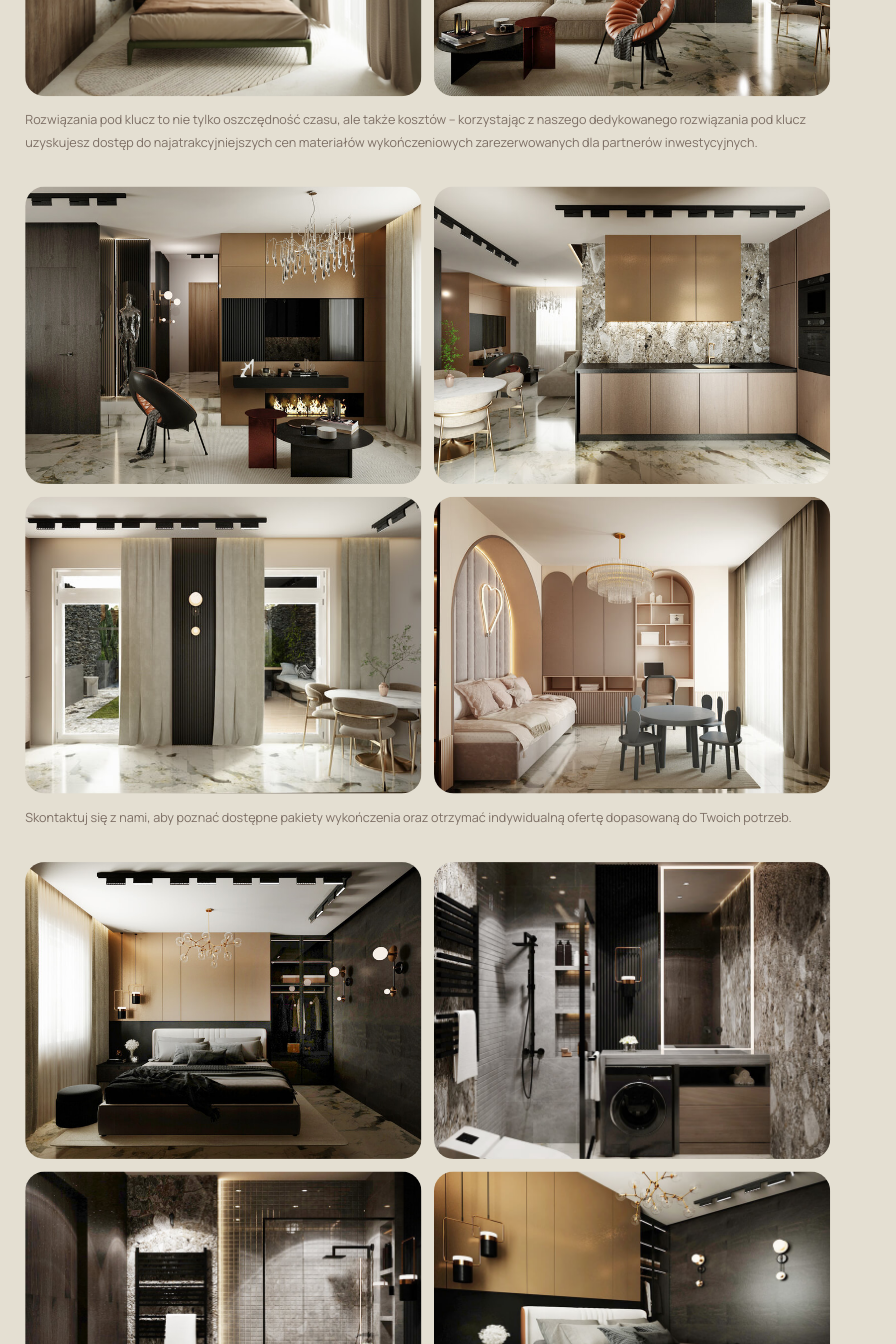
Repository: Adekbws/ogniskoKrynica.github.io
Page: kp5/pod-klucz/index.html
An editor plug-in stored every save of this project. The page is shown before and after the next save, followed by the edit.
The browser window is 1280 px wide. The pictures show the part of the page from y = 1762 to 3682 px (the page is 4546 px tall), at 70% of full size.

Above is the page before, as saved 2026-06-23 17:33:40.

After the next save:
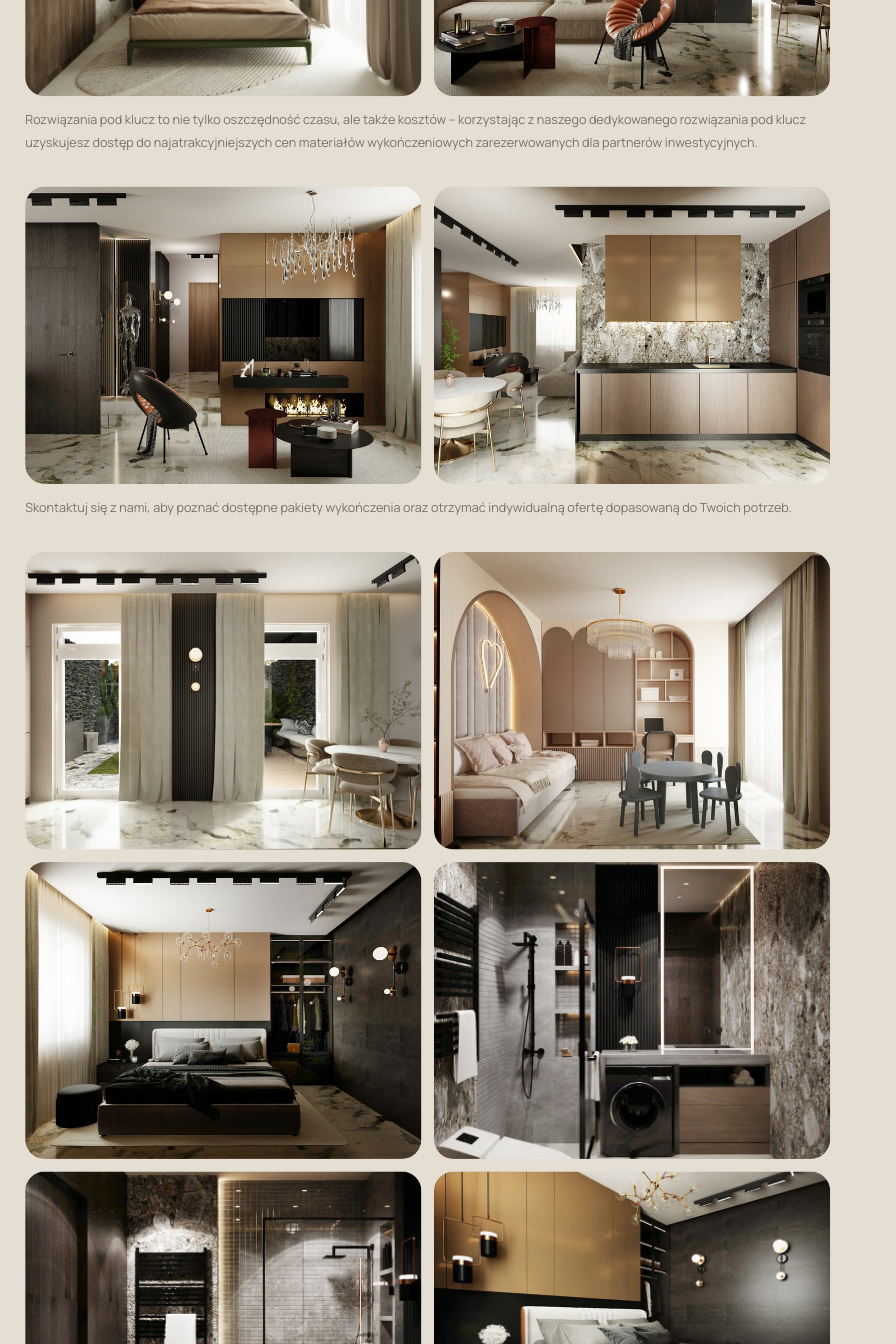
Saved 12 min 25 s later.
--- a/kp5/pod-klucz/index.html
+++ b/kp5/pod-klucz/index.html
@@ -38,7 +38,9 @@
         ><a href="../index.html#lokalizacja">Lokalizacja</a
         ><a href="../index.html#wybor">Wybór apartamentu</a
         ><a href="../index.html#kontakt">Kontakt</a>
-        <a class="nav-cta nav-cta--menu" href="../index.html#kontakt">Zadzwoń</a>
+        <a class="nav-cta nav-cta--menu" href="../index.html#kontakt"
+          >Zadzwoń</a
+        >
       </nav>
 
       <div class="lang-switch" aria-label="Wybór języka">
@@ -46,7 +48,9 @@
         <a href="#" aria-label="English" title="English">🇬🇧</a>
         <a href="#" aria-label="Slovenčina" title="Slovenčina">🇸🇰</a>
       </div>
-      <a class="nav-cta nav-cta--desktop" href="../index.html#kontakt">Zadzwoń</a>
+      <a class="nav-cta nav-cta--desktop" href="../index.html#kontakt"
+        >Zadzwoń</a
+      >
     </header>
     <div class="nav-backdrop" hidden></div>
 
@@ -63,17 +67,29 @@
               zaraz po zakończeniu prac.
             </p>
             <div class="finish-gallery">
-              <img src="../assets/lokale/M1_2b.jpg" alt="Wizualizacja wnętrza M1" />
-              <img src="../assets/lokale/M2.jpg" alt="Wizualizacja wnętrza M2" />
+              <img
+                src="../assets/lokale/M1_2b.jpg"
+                alt="Wizualizacja wnętrza M1"
+              />
+              <img
+                src="../assets/lokale/M2.jpg"
+                alt="Wizualizacja wnętrza M2"
+              />
             </div>
             <p>
               Oferujemy wykonanie indywidualnego projektu wnętrza przygotowanego
-              przez doświadczoną projektantkę, z uwzględnieniem Twoich
-              oczekiwań oraz planowanego sposobu użytkowania lokalu.
+              przez doświadczoną projektantkę, z uwzględnieniem Twoich oczekiwań
+              oraz planowanego sposobu użytkowania lokalu.
             </p>
             <div class="finish-gallery">
-              <img src="../assets/lokale/M3_1.jpg" alt="Wizualizacja wnętrza M3" />
-              <img src="../assets/lokale/M4_1.jpg" alt="Wizualizacja wnętrza M4" />
+              <img
+                src="../assets/lokale/M3_1.jpg"
+                alt="Wizualizacja wnętrza M3"
+              />
+              <img
+                src="../assets/lokale/M4_1.jpg"
+                alt="Wizualizacja wnętrza M4"
+              />
             </div>
             <p>
               Zapewniamy kompleksową realizację – od projektu, przez dobór
@@ -82,7 +98,10 @@
               angażowania się w koordynację prac.
             </p>
             <div class="finish-gallery">
-              <img src="../assets/lokale/m5_1.jpg" alt="Wizualizacja wnętrza M5" />
+              <img
+                src="../assets/lokale/m5_1.jpg"
+                alt="Wizualizacja wnętrza M5"
+              />
               <img
                 src="../assets/lokale/Lokal 14 (1).jpg"
                 alt="Wizualizacja lokalu 14, ujęcie 1"
@@ -103,6 +122,12 @@
                 src="../assets/lokale/Lokal 14 (3).jpg"
                 alt="Wizualizacja lokalu 14, ujęcie 3"
               />
+            </div>
+            <p>
+              Skontaktuj się z nami, aby poznać dostępne pakiety wykończenia
+              oraz otrzymać indywidualną ofertę dopasowaną do Twoich potrzeb.
+            </p>
+            <div class="finish-gallery">
               <img
                 src="../assets/lokale/Lokal 14 (6).jpg"
                 alt="Wizualizacja lokalu 14, ujęcie 6"
@@ -111,12 +136,6 @@
                 src="../assets/lokale/Lokal 14 (7).jpg"
                 alt="Wizualizacja lokalu 14, ujęcie 7"
               />
-            </div>
-            <p>
-              Skontaktuj się z nami, aby poznać dostępne pakiety wykończenia
-              oraz otrzymać indywidualną ofertę dopasowaną do Twoich potrzeb.
-            </p>
-            <div class="finish-gallery">
               <img
                 src="../assets/lokale/Lokal 14 (4).jpg"
                 alt="Wizualizacja lokalu 14, ujęcie 4"
